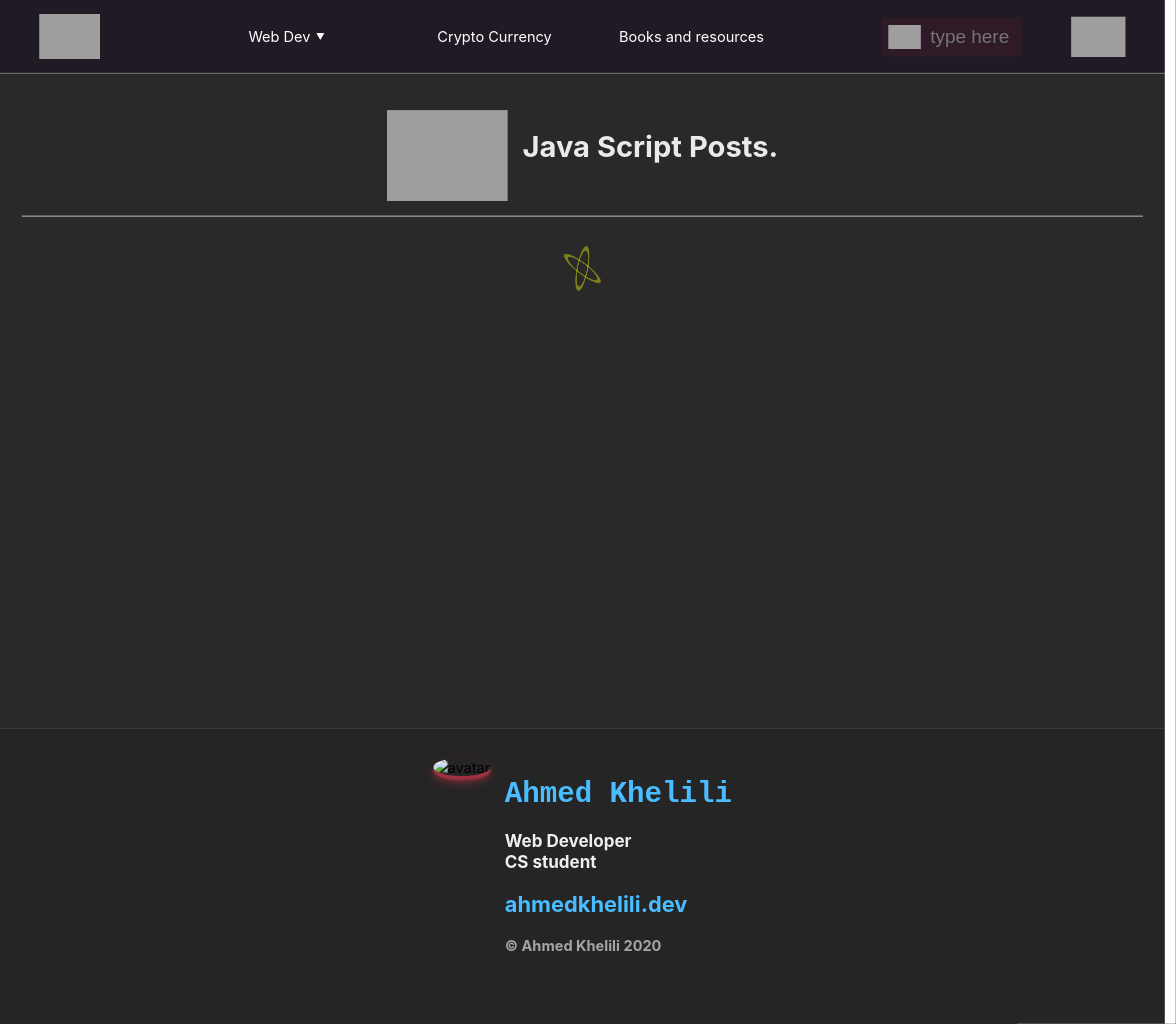
Repository: Midoukh/my-blog
Page: /WebDev/JavaScript
The author's editor kept a copy of each file at every save. The page is drawn from the files as they stood at one save, then again after the next save.
The browser window is 1280 px wide. The page is 1292 px wide, then 1280 px, so the pictures cover 1292 px, including what lies to the right of the window. The pictures show the whole page, at 91% of full size.
Pictures or frames that could not be fetched are drawn as grey boxes. The page's requests for data from a server got no answer. Some web fonts or font styles are not loaded; a fallback is used. The project was rebuilt for these pictures with package versions that can differ from the ones it lists, and the page was loaded fresh each time. The framework's server and built-in components were replaced by stand-ins that run in the browser. No one was signed in, and anything a server would have sent is missing. Also part of the build but not shown: next.config.js, Components/Backdrop/Backdrop.jsx, Components/Form/Form.module.css, UI/Button/Button.module.css, UI/Button/Button.jsx, Components/Form/Form.jsx, Components/Nav/DropDown/DropDown.module.css, Components/Nav/DropDown/DropDown.jsx and 1 more.

Above is the page before, as saved 2021-12-26 19:31:46.

### pages/_app.js
import "../styles/globals.css";
import Nav from "../Components/Nav/Nav";
import Footer from "../Components/Footer/Footer";
import Head from "next/head";

function MyApp({ Component, pageProps }) {
  return (
    <div>
      <Head>
        <title>Ahmed Khelili Blog</title>
      </Head>
      <Nav />
      <Component {...pageProps} />
      <Footer />
    </div>
  );
}

export default MyApp;

### pages/WebDev/JavaScript/index.jsx
import React from "react";
import axios from "axios";

import styles from "../GlobalStyle/WebDevPosts.module.css";
import Blog from "../../../Components/Blogs/Blog/Blog";
import { origin } from "../../../utils/constants";
import Spinner from "../../../Components/Spinner";

const jsLogo = require("../../../public/Assets/JavaScript-logo.png");
class JavaScriptPosts extends React.Component {
  constructor(props) {
    super(props);
    this.state = {
      data: [],
      error: null,
      isPosts: true,
    };
  }
  componentDidMount() {
    this.handleGetPosts();
  }
  handleGetPosts = async () => {
    //categories
    //react, node, java script, web assembly, books, crypto-currency
    //others
    try {
      const res = await axios.get(`${origin}/blogs/get?category=java-script`);
      console.log(res);
      const posts = res.data.data ? res.data.data : [];
      const isPosts = res.data.data.length ? true : false;
      this.setState({ data: posts, isPosts });
    } catch (err) {
      console.log(err);
      this.setState({ error: err.message });
    }
  };
  render() {
    const noBlogs = !this.state.isPosts ? (
      <div className={styles.NoPosts}>
        <h1>
          <span>😲</span> No Posts available
        </h1>
      </div>
    ) : (
      <Spinner />
    );

    return (
      <main className={styles.WebDevPostsContainer}>
        <header>
          <img src={jsLogo} />
          <h1>Java Script Posts.</h1>
        </header>
        {this.state.data.length === 0 ? (
          noBlogs
        ) : (
          <div className={styles.Grid}>
            {this.state.data.map((blg) => (
              <Blog
                key={blg._id}
                name={blg.title}
                bg="linear-gradient(45deg, #1f1a24da, #2f1a24df)"
                link={`/post/${blg.slug}`}
              />
            ))}
          </div>
        )}
      </main>
    );
  }
}

export default JavaScriptPosts;

### Components/Nav/Nav.jsx
import React from "react";
import styles from "./Nav.module.css";
import Search from "./Search/Search";
const logo = require("../../public/Assets/solvent.svg");
import Account from "./UserAccount/Account";
import Link from "next/link";
import DropDown from "./DropDown/DropDown";

class Nav extends React.Component {
  constructor(props) {
    super(props);
    this.state = {
      shownMenu: false,
    };
    this.menuRef = React.createRef();
    this.buttonRef = React.createRef();
  }
  handleShowMenu = (e) => {
    const newVal = !this.state.shownMenu;

    this.setState({ shownMenu: newVal }, () => {
      document.addEventListener("click", this.closeMenu);
    });
  };
  closeMenu = (e) => {
    const menu = this.menuRef;
    const button = this.buttonRef;

    if (button && e.target.className !== button.current.className) {
      this.setState({ shownMenu: false });
    }
  };

  componentDidMount() {
    document.addEventListener("click", this.closeMenu);
  }

  render() {
    return (
      <nav className={styles.Nav}>
        <Link href="/">
          <img className={styles.logo} src={logo} alt="Logo" />
        </Link>
        <ul>
          <li className={styles.outerMenu}>
            <ul className={styles.innerMenu}>
              <li
                className={styles.MenuButton}
                onClick={this.handleShowMenu}
                ref={this.buttonRef}
              >
                Web Dev &#11206;
              </li>
              {this.state.shownMenu ? <DropDown ref={this.menuRef} /> : null}
            </ul>
          </li>
          <Link href="/Crypto">
            <li>Crypto Currency</li>
          </Link>
          <Link href="/BooksAndResources">
            <li>Books and resources</li>
          </Link>
        </ul>
        <Search />
        <Account />
      </nav>
    );
  }
}

export default Nav;

### Components/Footer/Footer.jsx
import React, { useState, useEffect } from "react";
import axios from "axios";
import styles from "./Footer.module.css";

const Footer = () => {
  const [avatar, setAvatar] = useState("");
  const handleGetMyInfoFromGitHub = async () => {
    const response = await axios.get("https://api.github.com/users/Midoukh");
    setAvatar((prev) => response.data.avatar_url);
  };
  const handleGoToGithub = () => {
    window.open("https://github.com/Midoukh", "_blank").focus();
  };
  useEffect(() => {
    handleGetMyInfoFromGitHub();
  });
  return (
    <div className={styles.Footer}>
      <div className={styles.AvatarWrapper}>
        <img src={avatar} alt="avatar" onClick={handleGoToGithub} />
      </div>
      <div className={styles.Details}>
        <h1>Ahmed Khelili</h1>
        <h3>Web Developer</h3>
        <h3>CS student</h3>
        <a href="https://www.ahmedkhelili.dev">
          <h2>ahmedkhelili.dev</h2>
        </a>
        <h4>© Ahmed Khelili 2020</h4>
      </div>
    </div>
  );
};

export default Footer;

### pages/WebDev/GlobalStyle/WebDevPosts.module.css
@import url(//db.onlinewebfonts.com/c/4eed94e85a810fb0ee04526f373f5cd2?family=Diary+of+an+8-bit+mage);

.WebDevPostsContainer,
.WebDevGrid {
  margin: 0;
  background-color: #292929;
  box-sizing: border-box;
  max-width: 100vw;
  min-height: 100vh;
  padding: 1.5rem;
}
.WebDevPostsContainer header {
  display: flex;
  color: white;
  justify-content: center;
  width: 100%;
  box-sizing: border-box;
  border-bottom: 1px solid #ccc;
  padding: 1rem;
}
.WebDevPostsContainer header img {
  height: 100px;
  margin-right: 1rem;
}
.WebDevPostsContainer header h1 {
  opacity: 0.9;
}
.WebDevGrid {
  display: grid;
  grid-template-columns: repeat(2, 25vw);
  grid-gap: 2rem;
  color: rgba(255, 255, 255, 0.8);
  justify-content: center;
}
.WebDevGrid img {
  height: 90px;
  margin-right: 1rem;
}
.JS {
  box-shadow: 6px 5px 2px rgba(240, 219, 79, 0.7);
}
.React {
  box-shadow: 6px 5px 2px rgba(10, 186, 168, 0.7);
}
.Node {
  box-shadow: 6px 5px 2px rgba(125, 195, 41, 0.7);
}
.WA {
  box-shadow: 6px 5px 2px rgba(101, 78, 240, 0.7);
}
.WebDevGrid section {
  border: 1px solid #ccc;
  display: flex;
  justify-content: center;
  align-items: center;
  box-sizing: border-box;
  padding: 1rem;
  cursor: pointer;
  transition: all 0.3s ease-in;
}
.WebDevGrid section:hover {
  transform: scale(1.1);
}
.JS:hover {
  color: rgba(240, 219, 79, 1);
}
.React:hover {
  color: rgba(10, 186, 168, 1);
}
.Node:hover {
  color: rgba(125, 195, 41, 1);
}
.WA:hover {
  color: rgba(101, 78, 240, 1);
}
.Grid {
  display: grid;
  grid-template-columns: repeat(4, auto);
  padding: 2rem 0rem;
}
.NoPosts {
  width: 100%;
  display: flex;
  justify-content: center;
  padding-top: 3rem;
}
.NoPosts h1 {
  color: rgba(255, 255, 255, 0.774);
  font-family: "Diary of an 8-bit Mage", monospace;
}
.NoPosts h1 span {
  color: rgba(10, 186, 168, 1);
}

### utils/constants.js
export const origin =
  process.env.NODE_ENV === "development"
    ? "http://localhost:5000"
    : "http://localhost:5000";

### Components/Spinner/index.jsx
import RingLoader from "react-spinners/RingLoader";

const Spinner = ({}) => {
  return (
    <div
      style={{
        width: "100%",
        display: "flex",
        justifyContent: "center",
        paddingTop: "2rem",
      }}
    >
      <RingLoader size={50} color="yellow" />
    </div>
  );
};

export default Spinner;

### Components/Nav/Nav.module.css
/*dark color*/
.Nav {
  max-width: 100vw;
  height: 70px;
  background-color: #1f1a24;
  display: flex;
  align-items: center;
  justify-content: space-around;
  box-sizing: border-box;
  padding: 2.5rem 1rem;
  border-bottom: 0.5px solid rgba(255, 255, 255, 0.3);
  box-shadow: 1px 1px 10px rgba(255, 255, 255, 0.9);
  overflow-y: visible;
}
.logo {
  height: 50px;
  cursor: pointer;
}
.Nav ul {
  list-style: none;
  width: 60%;
  height: 100%;
  display: flex;
  justify-content: space-evenly;
  align-items: center;
  color: white;
  transition: all 0.1s ease-in;
}
.Nav ul li {
  cursor: pointer;
  transition: all 0.3s ease-in;
}

.outerMenu {
  width: 10vw;
}
.innerMenu {
  display: flex;
  flex-flow: column;
  align-items: flex-start;
  justify-content: center;
  position: relative;
}
.MenuButton {
  width: 10vw;
  display: inline;
}

### Components/Nav/Search/Search.jsx
import React, { useRef, useState } from "react";
import RingLoader from "react-spinners/RingLoader";
import Spinner from "../../Spinner";
import axios from "axios";
import styles from "./Search.module.css";
import { origin } from "../../../utils/constants";
const search = require("../../../public/Assets/search.svg");
const javaScriptIcon = require("../../../public/Assets/JavaScript-logo.png");

const Search = () => {
  const searchRef = useRef();

  const [posts, setPosts] = useState([]);
  const [showSuggestions, setShowSuggestions] = useState(false);
  const [loading, setLoading] = useState(false);

  const handleExpandSearchBar = (e) => {
    const newWidth = "15vw";

    searchRef.current.style.width = newWidth;
  };
  const handleDecreaseSearchBar = (e) => {
    const newWidth = "12vw";

    searchRef.current.style.width = newWidth;
  };
  const handleSearch = async (e) => {
    const { value } = e.target;
    setLoading((prev) => true);
    try {
      const res = await axios.get(`${origin}/blogs/get?search=${value}`);
      const posts = res.data.data.length ? res.data.data : [];
      setPosts((pre) => posts);
      setLoading((prev) => false);
      setShowSuggestions((prev) => true);
    } catch (err) {
      console.log(err);
      setLoading((prev) => false);
    }
  };
  return (
    <div className={styles.Search} ref={searchRef}>
      {loading ? (
        <RingLoader size={30} color="#fff" css="margin-right: 1.5rem" />
      ) : (
        <img className={styles.searchIcon} src={search} />
      )}
      <input
        type="text"
        placeholder="type here"
        onFocus={handleExpandSearchBar}
        onBlur={handleDecreaseSearchBar}
        onKeyUp={handleSearch}
      />
      {showSuggestions && (
        <div className={styles.Suggestions}>
          {!posts.length ? (
            <RingLoader size={30} color="#fff" css="margin: auto" />
          ) : (
            posts.map((pst) => (
              <div key={pst._id} className={styles.Suggestion}>
                <img src={javaScriptIcon} alt="" />
                <h5>{pst.title}</h5>
              </div>
            ))
          )}
        </div>
      )}
    </div>
  );
};

export default Search;

### Components/Nav/UserAccount/Account.jsx
import React, { useState, useRef } from 'react'
import styles from './Account.module.css'
const account = require('../../../public/Assets/account.png')
import Backdrop from '../../Backdrop/Backdrop'
import Form from '../../Form/Form'
const Account = (props) => {
	const [showBackdrop, setShowBackdrop] = useState(false)
	const formRef = useRef()

	const handleShowBackdrop = (e) => {
		const newVal = !showBackdrop
		if (e.target.className === 'back-drop' || e.target.className.includes('Account')){
			setShowBackdrop(prev => prev = newVal)

		}
	}
	return (
			<>
			{showBackdrop? <Backdrop hide={handleShowBackdrop}><Form/></Backdrop>: null}
			<img
			className={styles.Account}
			src={account}
			onClick={handleShowBackdrop}
			/>
			</>
			)
}

export default Account

### Components/Footer/Footer.module.css
@import url(//db.onlinewebfonts.com/c/4eed94e85a810fb0ee04526f373f5cd2?family=Diary+of+an+8-bit+mage);

.Footer {
  background-color: #252525;
  box-sizing: border-box;
  width: 100%;
  min-height: 45vh;
  display: flex;
  justify-content: center;
  padding: 2rem;
}
.AvatarWrapper img {
  border-radius: 50%;
  max-height: 80px;
  box-shadow: 0px 4px 2px #a03240, 0px 6px 10px #a03241cc;
  cursor: pointer;
  transition: all 0.2s cubic-bezier(0.165, 0.84, 0.44, 1);
}
.AvatarWrapper img:hover {
  box-shadow: none;
}
.Details {
  margin-left: 1rem;
}
.Details h1 {
  color: #49bdff;
  font-family: "Diary of an 8-bit Mage", monospace;
}
.Details a {
  text-decoration: none;
}
.Details h2 {
  color: #49bdff;
}
.Details h3 {
  margin: 0;
  color: rgba(255, 255, 255, 0.931);
}
.Details h4 {
  color: rgba(255, 255, 255, 0.589);
}

### Components/Blogs/Blog/Blog.module.css
@import url(//db.onlinewebfonts.com/c/4eed94e85a810fb0ee04526f373f5cd2?family=Diary+of+an+8-bit+mage);

.Blog {
  position: relative;
  height: 200px;
  width: 240px;
  border-top-left-radius: 25px;
  border-bottom-right-radius: 25px;
  background-size: cover;
  background-position: center;
  overflow: hidden;
  cursor: pointer;
}
.Layer {
  z-index: 2;
  position: absolute;
  top: 0;
  left: 0;
  bottom: 0;
  right: 0;
}
.Blog h1 {
  position: absolute;
  margin: 1rem;
  z-index: 3;
  font-family: "Diary of an 8-bit Mage", monospace;
  color: rgba(255, 255, 255, 0.9);
}

### Components/Nav/Search/Search.module.css
.searchIcon {
  height: 27px;
}
.Search {
  background-color: #2f1a28;
  display: flex;
  align-items: center;
  padding: 0.5rem;
  box-sizing: border-box;
  width: 12vw;
  margin: 0;
  transition: all 0.4s ease-out;
  position: relative;
}
.Search input {
  outline: none;
  background-color: transparent;
  border: none;
  margin-left: 0.5rem;
  font-size: 1.3em;
  color: rgba(255, 255, 255, 0.8);
}
.Suggestions {
  position: absolute;
  width: 100%;
  height: 20vh;
  background-color: white;
  top: 7vh;
  left: 0;
  z-index: 1;
  box-shadow: 2px 2px 16px rgb(255 255 255 / 30%);
}
.Suggestion {
  display: flex;
  align-items: center;
  padding: 0.5rem;
}
.Suggestion img {
  max-height: 30px;
}

### Components/Nav/UserAccount/Account.module.css
.Account{
	height: 45px;
	cursor: pointer;
}

Loaded but not shown: styles/globals.css (common file)

After the next save:
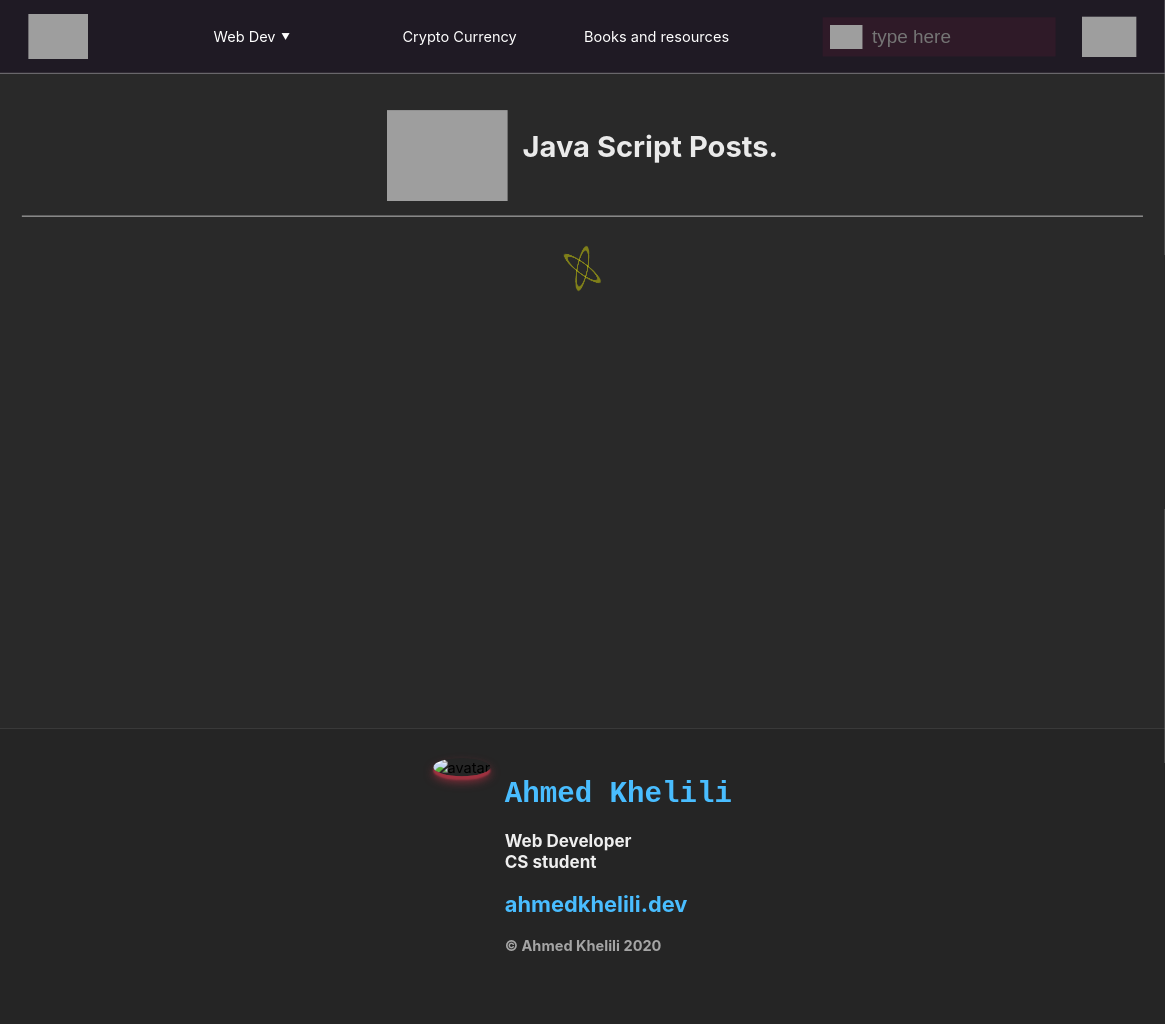
Saved 11 s later.
--- a/Components/Nav/Search/Search.module.css
+++ b/Components/Nav/Search/Search.module.css
@@ -7,7 +7,7 @@
   align-items: center;
   padding: 0.5rem;
   box-sizing: border-box;
-  width: 12vw;
+  width: 20vw;
   margin: 0;
   transition: all 0.4s ease-out;
   position: relative;
